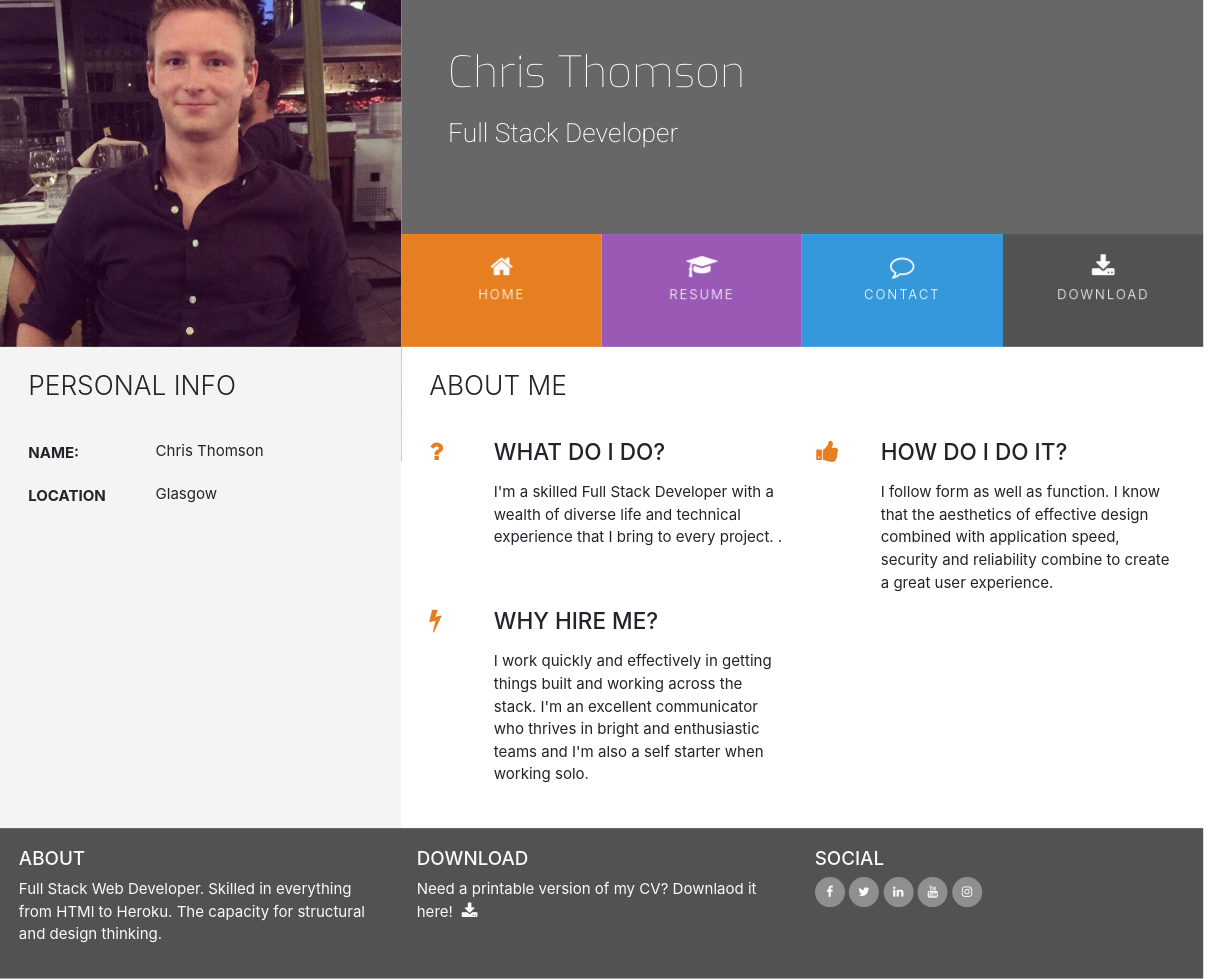
Repository: cthoms1993/Resume
Page: index.html
The author's editor kept a record of every edit. The page is drawn from the files as they stood at one moment, then again after the next edit.
The browser window is 1280 px wide. The page is 1295 px wide, so the pictures cover 1295 px, including what lies to the right of the window. The pictures show the whole page, at 94% of full size.

Above is the page before.

### index.html
<!DOCTYPE html>
<html lang="en-us">

<head>
    <meta charset="UTF-8">
    <meta name="viewport" content="width=device-width, initial-scale=1.0">
    <meta http-equiv="X-UA-Compatible" content="ie=edge">
    <link rel="stylesheet" href="https://stackpath.bootstrapcdn.com/bootstrap/4.3.1/css/bootstrap.min.css" type="text/css" />
    <link rel="stylesheet" href="https://stackpath.bootstrapcdn.com/font-awesome/4.7.0/css/font-awesome.min.css" type="text/css" />
    <link rel="stylesheet" href="https://cdnjs.cloudflare.com/ajax/libs/hover.css/2.3.1/css/hover-min.css" type="text/css" />
    <link rel="stylesheet" href="assets/css/style.css" type="text/css" />
    <title>Chris Thomson Resume</title>

</head>

<body>
    <header>
        <div class="row no-gutters">
            <a href="index.html" class="col-md-4 logo">

            </a>
            <div class="col-md-8">
                <div class="row no-gutters bg-color-name-title">
                    <div class="col heading">
                        <h1 class="name">Chris Thomson</h1>
                        <h2 class="title">Full Stack Developer</h2>
                    </div>
                </div>
                <div class="row no-gutters">
                    <div class="col">
                        <ul class="nav" class="list-inline menucontainer">
                            <li class="col-6 col-sm-3 ui-menu-color-home list-inline-item menuitem">
                                <a href="#" class="hvr-sweep-to-bottom"><i class="fa fa-home" aria-hidden="true"></i><span>Home</span></a>
                            </li>
                            <li class="col-6 col-sm-3 ui-menu-color-resume list-inline-item menuitem">
                                <a href="#" class="hvr-sweep-to-bottom"><i class="fa fa-graduation-cap" aria-hidden="true"></i><span>Resume</span></a>
                            </li>
                            <li class="col-6 col-sm-3 ui-menu-color-contact list-inline-item menuitem">
                                <a href="#" class="hvr-sweep-to-bottom"><i class="fa fa-comment-o" aria-hidden="true"></i><span>Contact</span></a>
                                <li class="col-6 col-sm-3 ui-menu-color-download list-inline-item menuitem">
                                    <a href="#" class="hvr-sweep-to-bottom"><i class="fa fa-download" aria-hidden="true"></i><span>Download</span></a>
                                </li>
                            </li>
                        </ul>
                    </div>
                </div>
            </div>
        </div>

    </header>
    <section class="container-fluid">
        <div class="row">
            <div class="col-md-4 bg-color-personal-info section-column">
                <div class="row">
                    <div class="col-12">
                        <h3 class="section-heading uppercase">Personal Info</h3>
                    </div>
                </div>
                <div class="personal-info-item">
                    <div class="key">
                        <p class="uppercase">
                            Name:
                        </p>
                    </div>
                    <div class="value">
                        <p>
                            Chris Thomson
                        </p>
                    </div>
                </div>
                 <div class="personal-info-item">
                    <div class="key">
                        <p class="uppercase">
                            Location
                        </p>
                    </div>
                    <div class="value">
                        <p>
                            Glasgow
                        </p>
                    </div>
                </div>
            </div>
            <div class="col-md-8 bg-color-three-reasons section-column">
                <div class="row">
                    <div class="col">
                        <h3 class="section-heading uppercase">About Me</h3>
                    </div>
                </div>
                <div class="row">
                    <div class="col-10 offset-1 offset-sm-0 col-sm-4 col-md-6">
                        <div class="row">
                            <div class="col-2">
                                <i class="three-reasons-icon fa fa-question" arai-hidden="true"></i>
                            </div>
                            <div class="col-10">
                                <h4 class="three-reasons-heading uppercase">What do I do?</h4>
                                <p>I'm a skilled Full Stack Developer with a wealth of diverse life and technical experience that I bring to every project. .</p>
                            </div>
                        </div>
                    </div>
                    <div class="col-10 offset-1 offset-sm-0 col-sm-4 col-md-6">
                        <div class="row">
                            <div class="col-2">
                                <i class="three-reasons-icon fa fa-thumbs-up" arai-hidden="true"></i>
                            </div>
                            <div class="col-10">
                                <h4 class="three-reasons-heading uppercase">How do I do it?</h4>
                                <p>I follow form as well as function. I know that the aesthetics of effective design combined with application speed, security and reliability combine to create a great user experience.
                                </p>
                            </div>
                        </div>
                    </div>
                    <div class="col-10 offset-1 offset-sm-0 col-sm-4 col-md-6">
                        <div class="row">
                            <div class="col-2">
                                <i class="three-reasons-icon fa fa-bolt" aria-hidden="true"></i>
                            </div>
                            <div class="col-10">
                                <h4 class="three-reasons-heading uppercase">Why hire me?</h4>
                                <p>
                                    I work quickly and effectively in getting things built and working across the stack. I'm an excellent communicator who thrives in bright and enthusiastic teams and I'm also a self starter when working solo.
                                </p>
                            </div>
                        </div>
                    </div>
                </div>
            </div>
        </div>
    </section>
    <footer>
        <div id="footer-details" class="row">
            <div class="col-sm-4">
                <h5 class="uppercase general-sub">About</h5>
                <p class="inline-block">Full Stack Web Developer. Skilled in everything from HTMl to Heroku. The capacity for structural and design thinking.</p>
            </div>
            <div class="col-sm-4">
                <h5 class="uppercase general-sub">Download</h5>
                <p class="inline-block">Need a printable version of my CV? Downlaod it here!
                    <a href="#" target="_blank" class="cv-pdf">
                    <i class="fa fa-download" aria-hidden="true"></i>
                    <span class="sr-only">Download link.</span>
                </a>
                </p>
            </div>
            <div class="col-sm-4">
                <h5 class="uppercase general-sub">Social</h5>
                <ul class="list-inline social-links">
                    <li class="list-inline-item">
                        <a target="_blank" href="#">
                            <i class="fa fa-facebook" aria-hidden="true">
                            <span class="sr-only">Facebook</span></i>
                        </a>
                    </li>
                    <li class="list-inline-item">
                        <a target="_blank" href="#">
                            <i class="fa fa-twitter" aria-hidden="true"></i>
                            <span class="sr-only">Twitter</span>
                        </a>
                    </li>
                    <li class="list-inline-item">
                        <a target="_blank" href="#">
                            <i class="fa fa-linkedin" aria-hidden="true"></i>
                            <span class="sr-only">Linkedin</span>
                        </a>
                    </li>
                    <li class="list-inline-item">
                        <a target="_blank" href="#">
                            <i class="fa fa-youtube" aria-hidden="true"></i>
                            <span class="sr-only">Youtube</span>
                        </a>
                    </li>
                    <li class="list-inline-item">
                        <a target="_blank" href="#">
                            <i class="fa fa-instagram" aria-hidden="true"></i>
                            <span class="sr-only">Instagram</span>
                        </a>
                    </li>
                </ul>
            </div>
    </footer>

</body>

</html>

### assets/css/style.css
@import url('https://fonts.googleapis.com/css?family=Roboto:100,200,300,400,500,600,700|Exo:100,200,300,400,500,600,700');
/*-------------------------Colours*/

.bg-color-name-title {
    background-color: #676767;
}


.bg-color-three-reasons {
    background-color: #fff;
}

.bg-color-personal-info {
    background-color: #f4f4f4;
}

.ui-menu-color-home {
    background-color: #e67e22;
}

.ui-menu-color-resume {
    background-color: #9b59b6;
}

.ui-menu-color-contact {
    background-color: #3498db;
}

.ui-menu-color-download {
    background-color: #525252;
}

/*-------------------------special margins padding and text.*/

h1,
h2,
h3,
h4 {
    margin: 0;
}

.uppercase {
    text-transform: uppercase;

}

.General-sub {
    font-family: "exo", sans-serif;
    font-weight: 300;
    color: #fafafa;
}

.inline-block {
    display: inline-block;
}


.row-table {
    display: table;
}


.section-column {
    display: table-cell;
    padding: 0 30px 30px;
    float: none;
}

.section-heading {
    font: "exo", sans-serif;
    font-weight: 300;
    margin-top: 25px;
    margin-bottom: 40px;

}

/*-------------------------heading*/

header {
    margin: 0;

}

.heading {
    margin-left: 50px;
}

.logo {
    background: url("../images/me.jpg");
    background-position: center;
    background-repeat: no-repeat;
    background-size: cover;
    min-height: 360px;
    transition: all .5s ease-in-out;
    -moz-transition: all .5s ease-in-out;
    -webkit-transition: all .5s ease-in-out;
}

.name {
    font-family: "exo", sans-serif;
    font-weight: 100;
    font-size: 46px;
    margin-top: 50px;
    color: #fff;

}

.title {
    font-family: "roboto", sans-serif;
    font-weight: 200;
    font-size: 28px;
    margin-top: 20px;
    margin-bottom: 90px;
    color: #fff;
}

.list-inline-item:not(:last-child) {
    margin: 0;
}

.menucontainer {
    font-size: 0;
}

#nav {
    margin: 0;
}

#nav li {
    font-size: 14px;
    padding: 0;

}

.menuitem {
    height: 120px;
    text-align: center;
    padding: 0;
}

.menuitem a {
    width: 100%;
    text-decoration: none;
    color: #fff;
    height: 120px;
}

.menuitem a i {
    padding-top: 22px;
    display: block;
    color: #fafafa;
    font-size: 26px;
}

.menuitem span {
    display: block;
    width: 100%;
    padding-top: 5px;
    text-align: center;
    text-transform: uppercase;
    font-size: 14px;
    font-weight: 300;
    letter-spacing: 2px;
}

/*-------------------------hover.css*/

.hvr-sweep-to-bottom:before {
    background-color: rgba(0, 0, 0, 0.2);
    height: 120px;

}

/*-------------------------footer*/

footer {
    background-color: #525252;
    color: #fafafa;
    min-height: 120px;
    margin: 0;

}

.cv-pdf i {
    font-size: 18px;
    color: #fafafa;
    text-align: center;
    padding-left: 5px;
    transition: all 0.35s ease-in-out;
    -moz-transition: all 0.35s ease-in-out;
    -webkit-transition: all 0.35s ease-in-out;
    -o-transition: all 0.35s ease-in-out;
}

.cv-pdf i:hover {
    color: #e84610;
}

.social-links {
    padding-bottom: 15px;
}

.social-links li a i {
    width: 32px;
    height: 32px;
    padding: 12px 0;
    border-radius: 50%;
    font-size: 13px;
    line-height: 7px;
    text-align: center;
    color: #fafafa;
    background: #8f8f8f;
    transition: all 0.35s ease-in-out;
    -moz-transition: all 0.35s ease-in-out;
    -webkit-transition: all 0.35s ease-in-out;
    -o-transition: all 0.35s ease-in-out;
}

.social-links li a i:hover {
    background: #e84610;
}

#footer-details {
    padding: 20px;
}

/*-------------------------Three-reasons*/

.three-reasons-icon {
    font-size: 26px;
    color: #e67e22;
}

.three-reasons-heading {
    margin-bottom: 15px;

}

.bg-color-personal-info {
    background-color: #f4f4f4;
}


/*-------------------------Personal info*/

.personal-info-item {
    margin-bottom: 20px;
    display: block;
    clear: both;

}

.personal-info-item .key,
.personal-info-item .value {
    padding-right: 8px;
    display: inline-block;
}

.personal-info-item .key p,
.personal-info-item .value p {
    margin: 0;
}

.personal-info-item .key {
    width: 30%;
    margin-right: 21px;
    padding-top: 2px;
    vertical-align: top;
}

.personal-info-item .key p{
    font-weight:700;
}

.personal-info-item .value{
    position:relative;
    width:60%;

}

After the next edit:
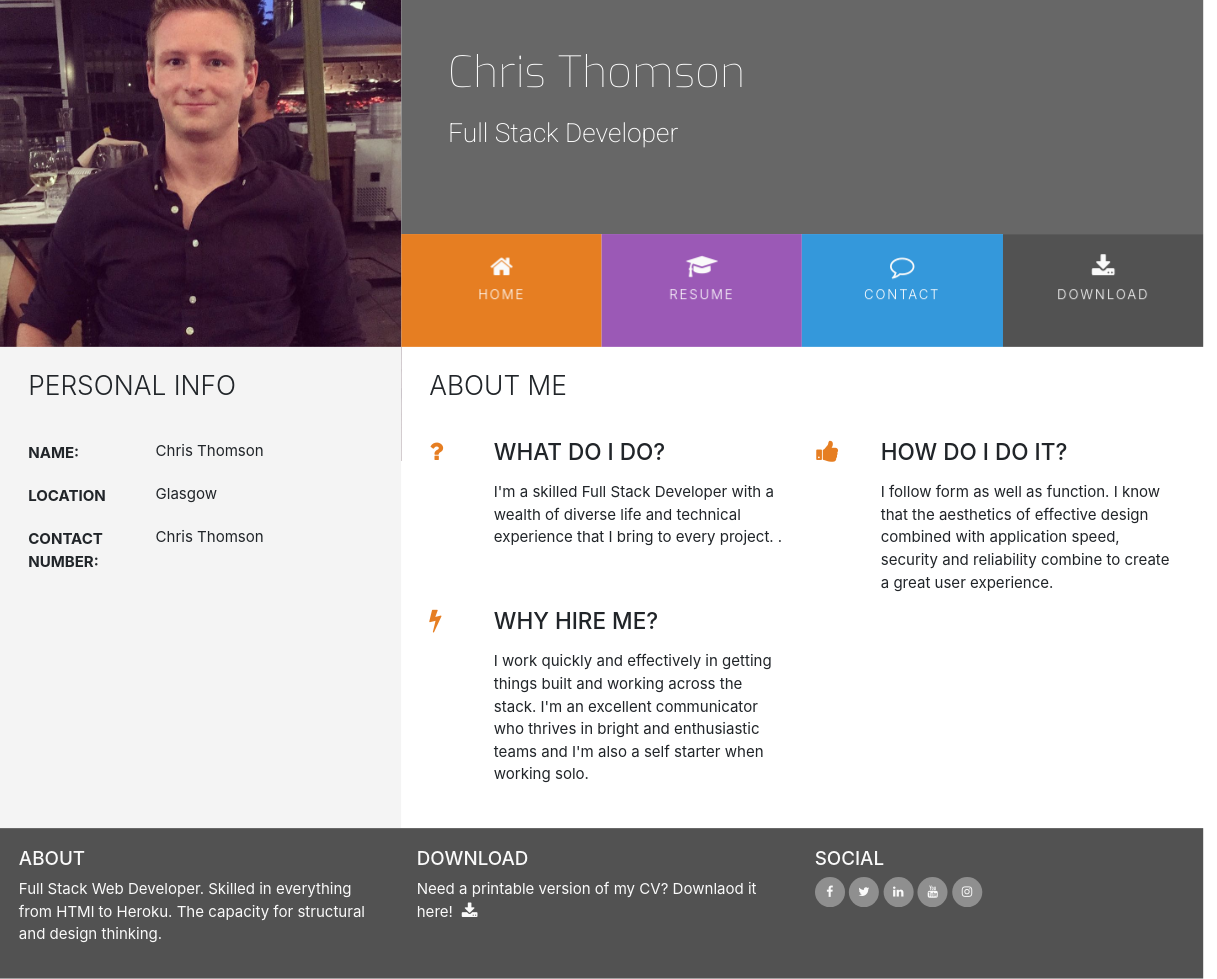
The edit:
--- a/index.html
+++ b/index.html
@@ -77,6 +77,18 @@
                     <div class="value">
                         <p>
                             Glasgow
+                        </p>
+                    </div>
+                </div>
+                 <div class="personal-info-item">
+                    <div class="key">
+                        <p class="uppercase">
+                            contact number:
+                        </p>
+                    </div>
+                    <div class="value">
+                        <p>
+                            Chris Thomson
                         </p>
                     </div>
                 </div>
